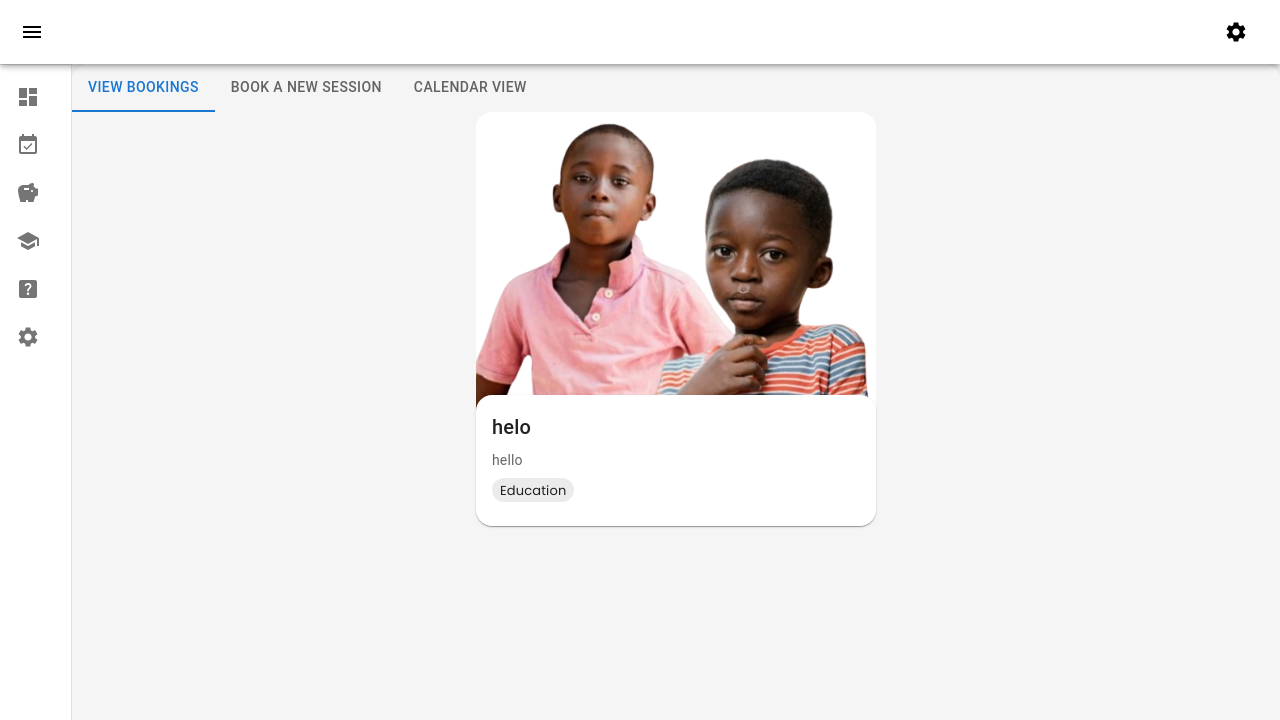
Repository: shubhampirate/Google_Solutions_Edural
Page: /bookings
The author's editor kept a copy of each file at every save. The page is drawn from the files as they stood at one save, then again after the next save.
The browser window is 1280 px wide. The pictures show the whole page.
An inner scrolling area shows only its first screen. The project was rebuilt for these pictures with package versions that can differ from the ones it lists, and the page was loaded fresh each time. Some packages were replaced by stand-ins written for this rebuild. Also part of the build but not shown: src/Components/CustomButton.jsx, src/Components/Navbar.jsx, src/Components/Footer.jsx, src/Components/CongratsCard.jsx, src/pages/Hero/Hero.jsx, src/pages/Dashboard/Dashboard.jsx, src/pages/Sign_in.jsx, src/pages/Bookings/LicenseCard.jsx.

Above is the page before, as saved 2024-02-04 17:45:03.

### src/index.js
import React from "react";
import ReactDOM from "react-dom/client";
import "./index.css";
import { GoogleOAuthProvider } from '@react-oauth/google';
import App from "./App";
import { BrowserRouter } from "react-router-dom";
const root = ReactDOM.createRoot(
    document.getElementById("root"));
root.render(
    <BrowserRouter>
<GoogleOAuthProvider clientId="730379698185-cv7a59sok9sod43v04ee6g6pt4gtaea2.apps.googleusercontent.com">
        {/* <React.StrictMode> */}
            <App />
        {/* </React.StrictMode> */}
    </GoogleOAuthProvider>
    </BrowserRouter>

);

### src/App.jsx
import Hero from "./pages/Hero/Hero";
import Dashboard from "./pages/Dashboard/Dashboard";
import Layout from "./Components/layout";
import SignIn from "./pages/Sign_in";
import Booking from "./pages/Bookings/bookings"
import {useState} from "react";
import { Route, Routes } from "react-router-dom";
function App() {
  return (
    <>
      {/* <Hero />   */}
      {/* <SignIn /> */}
      <Routes>
        <Route path="/signin" element={<><SignIn /></>} />
        <Route path="/dashboard" element={<Layout><Dashboard /></Layout>} />
        {/* <Route path="/education" element={<><Education /></>} /> */}
        <Route path="/bookings" element={<Layout><Booking /></Layout>} />
        {/* <Route path="/profile" element={<><Profile /></>} /> */}
        {/* <Route path="/finance" element={<><Finance /></>} /> */}
        {/* <Route path="/questions" element={<><Questions /></>} /> */}
        {/* <Route path="/retireaibot" element={<><Bot /></>} /> */}
        <Route path="/" element={<><Hero /></>} />
      </Routes>
         </>
  );
}

export default App;

### src/Components/layout.jsx
import React from 'react';
import { styled, createTheme, ThemeProvider } from '@mui/material/styles';
import CssBaseline from '@mui/material/CssBaseline';
import MuiDrawer from '@mui/material/Drawer';
import Box from '@mui/material/Box';
import MuiAppBar from '@mui/material/AppBar';
import Toolbar from '@mui/material/Toolbar';
import IconButton from '@mui/material/IconButton';
import MenuIcon from '@mui/icons-material/Menu';
import ChevronLeftIcon from '@mui/icons-material/ChevronLeft';
import { mainListItems } from './listItems';
import { List } from '@mui/material';
import Divider from '@mui/material/Divider';
import Badge from '@mui/material/Badge';
// import NotificationsIcon from '@mui/icons-material/Notifications';
import Typography from '@mui/material/Typography';
import SettingsIcon from '@mui/icons-material/Settings';
const drawerWidth = 240;

const AppBar = styled(MuiAppBar, {
  shouldForwardProp: (prop) => prop !== 'open',
})(({ theme, open }) => ({
  zIndex: theme.zIndex.drawer + 1,
  transition: theme.transitions.create(['width', 'margin'], {
    easing: theme.transitions.easing.sharp,
    duration: theme.transitions.duration.leavingScreen,
  }),
  ...(open && {
    marginLeft: drawerWidth,
    width: `calc(100% - ${drawerWidth}px)`,
    transition: theme.transitions.create(['width', 'margin'], {
      easing: theme.transitions.easing.sharp,
      duration: theme.transitions.duration.enteringScreen,
    }),
  }),
  backgroundColor: 'white', // Set background color to white
  color: 'black',
}));

const Drawer = styled(MuiDrawer, { shouldForwardProp: (prop) => prop !== 'open' })(
  ({ theme, open }) => ({
    '& .MuiDrawer-paper': {
      position: 'relative',
      whiteSpace: 'nowrap',
      width: drawerWidth,
      transition: theme.transitions.create('width', {
        easing: theme.transitions.easing.sharp,
        duration: theme.transitions.duration.enteringScreen,
      }),
      boxSizing: 'border-box',
      ...(!open && {
        overflowX: 'hidden',
        transition: theme.transitions.create('width', {
          easing: theme.transitions.easing.sharp,
          duration: theme.transitions.duration.leavingScreen,
        }),
        width: theme.spacing(7),
        [theme.breakpoints.up('sm')]: {
          width: theme.spacing(9),
        },
      }),
    },
  }),
);

const defaultTheme = createTheme();

const Layout = ({ children }) => {
  const [open, setOpen] = React.useState(false);

  const toggleDrawer = () => {
    setOpen(!open);
  };

  return (
    <ThemeProvider theme={defaultTheme}>
      <Box sx={{ display: 'flex' }}>
        <CssBaseline />
        <AppBar position="absolute" open={open}
        //  sx={{
        //         backgroundColor:
        //         // "rgba(244, 127, 42, 0.04)",
        //         (theme) =>
        //         theme.palette.mode === 'light'
        //             ? theme.palette.grey[100]
        //             : theme.palette.grey[900]}}
                    >
          <Toolbar
            sx={{
              pr: '24px', // keep right padding when drawer closed
            }}
          >
            <IconButton
              edge="start"
              color="inherit"
              aria-label="open drawer"
              onClick={toggleDrawer}
              sx={{
                marginRight: '36px',
                ...(open && { display: 'none' }),
              }}
            >
              <MenuIcon />
            </IconButton>
            <Typography
              component="h1"
              variant="h6"
              color="inherit"
              noWrap
              sx={{ flexGrow: 1 }}
            >
              {/* Dashboard */}
            </Typography>
            <IconButton color="inherit">
              {/* <Badge badgeContent={4} color="secondary"> */}
                <SettingsIcon />
              {/* </Badge> */}
            </IconButton>

          </Toolbar>
        </AppBar>
        <Drawer variant="permanent" open={open}>
          <Toolbar
            sx={{
              display: 'flex',
              alignItems: 'center',
              justifyContent: 'flex-end',
              px: [1],
            }}
          >
            <IconButton onClick={toggleDrawer}>
              <ChevronLeftIcon />
            </IconButton>
          </Toolbar>
          <Divider />
            <List component="nav">
                {mainListItems}
            </List>
        </Drawer>
        <Box
          component="main"
          sx={{
            backgroundColor: (theme) =>
              theme.palette.mode === 'light'
                ? theme.palette.grey[100]
                : theme.palette.grey[900],
            flexGrow: 1,
            height: '100vh',
            overflow: 'auto',
          }}
        >
          <Toolbar />
          {/* Content of individual pages */}
          {children}
        </Box>
      </Box>
    </ThemeProvider>
  );
};

export default Layout;

### src/pages/Bookings/bookings.jsx
import React, { useState, useEffect } from 'react';
import { styled, createTheme, ThemeProvider } from '@mui/material/styles';
import CssBaseline from '@mui/material/CssBaseline';
import Box from '@mui/material/Box';
import Tabs from '@mui/material/Tabs';
import Tab from '@mui/material/Tab';
import Card from '@mui/material/Card';
import CardContent from '@mui/material/CardContent';
import Typography from '@mui/material/Typography';
import GoogleMapReact from 'google-map-react'; // Install with npm/yarn
import FullCalendar from '@fullcalendar/react'; // Install with npm/yarn
import dayGridPlugin from '@fullcalendar/daygrid'; // Install with npm/yarn
import LicenseCard from './LicenseCard';
import { CardActions, Button } from '@mui/material';
import Chip from '@mui/material/Chip';
import CustomButton from '../../Components/CustomButton';
import heroImg from "../../media/img_main_page.png";
const defaultTheme = createTheme();

// Placeholder data for bookings and calendar events
const bookingsData = [
  { id: 1, title: 'Booking 1', date: '2024-02-10' },
  { id: 2, title: 'Booking 2', date: '2024-02-15' },
  // Add more booking data as needed
];
const ImageOverlayCard = ({ imgSrc, category, title, venue, date, buttonText }) => {
  return (
    <Box sx={{ position: 'relative', textAlign: 'center' }}>
      <img
        src={imgSrc}
        alt="heroImg"
        style={{ maxWidth: '10rem', maxHeight: '10rem', borderRadius: '50%' }}
      />
      <Card
        variant="solid"
        color="primary"
        sx={{
          boxShadow: 'lg',
          width: 400,
          position: 'absolute',
          top: '50%',
          left: '50%',
          transform: 'translate(-50%, -50%)',
          backgroundColor: (theme) => theme.palette.primary.main,
          opacity: 0.8,
        }}
      >
        <Box sx={{ display: 'flex', gap: 1 }}>
          <Chip size="sm" variant="soft" label={category} />
        </Box>
        <CardContent>
          <Typography level="title-lg">{title}</Typography>
          <Typography level="body-md">Venue: {venue}</Typography>
          <Typography level="body-md">Date: {date}</Typography>
        </CardContent>
        <CardActions>
          <CustomButton backgroundColor="#F47F2A" color="#fff" buttonText={buttonText} heroBtn={true} />
        </CardActions>
      </Card>
    </Box>
  );
};
const calendarEvents = [
  { id: 1, title: 'Event 1', start: '2024-02-10', end: '2024-02-12' },
  { id: 2, title: 'Event 2', start: '2024-02-15', end: '2024-02-18' },
  // Add more calendar event data as needed
];

const AnyReactComponent = ({ text }) => <div>{text}</div>;

export default function Booking() {
  const [tabValue, setTabValue] = useState(0);

  const handleChangeTab = (event, newValue) => {
    setTabValue(newValue);
  };

  return (
    <ThemeProvider theme={defaultTheme}>
      <Box sx={{ display: 'flex', borderRadius: '16px', overflow: 'hidden', boxShadow: '0px 0px 10px rgba(0, 0, 0, 0.1)' }}>
        <CssBaseline />
        <Box
          component="main"
          sx={{
            backgroundColor: (theme) =>
              theme.palette.mode === 'light'
                ? theme.palette.grey[100]
                : theme.palette.grey[900],
            flexGrow: 1,
            height: '100vh',
            overflow: 'hidden',
          }}
        >
          <Tabs value={tabValue} onChange={handleChangeTab}>
            <Tab label="View Bookings" />
            <Tab label="Book a New Session" />
            <Tab label="Calendar View" />
          </Tabs>

          {tabValue === 0 && (
            <Box position="relative" maxWidth="400px" margin="auto">
      <img
        src={heroImg}
        alt="card-background"
        style={{
          width: '100%',
          height: 'auto',
          borderRadius: '16px',
          objectFit: 'cover',
        }}
      />
      <Card
        sx={{
          position: 'absolute',
          bottom: 0,
          left: 0,
          right: 0,
          backgroundColor: (theme) => theme.palette.background.paper,
          opacity: 1,
          borderRadius: '16px',
        }}
      >
        <CardContent>
          <Typography variant="h6" gutterBottom>
          helo
          </Typography>
          <Typography variant="body2" color="text.secondary">
          hello
          </Typography>
          <Chip label="Education" size="small" sx={{ marginTop: '8px' }} />
        </CardContent>
      </Card>
    </Box>
//             <Box>
//               <div className="">
//               <Box sx={{ flex: "0.75" }}>
//             <img
//               src={heroImg}
//               alt="heroImg"
//               style={{ maxWidth: "10rem", maxHeight: "10rem"}}

//             />

//               <Card
//       variant="solid"
//       color="primary"

//       sx={{
//         boxShadow: 'lg',
//             width: 400,
//             overflow: 'auto',
//             resize: 'horizontal',
//             marginLeft: '2rem',
//             marginTop: '2rem',
//             position: 'absolute',
//             top: '25%', // Adjust as needed
//           left: '10%', // Adjust as needed
//             // backgroundColor: (theme) => theme.palette.primary.main,
//             opacity: 1, // Adjust the opacity as needed


//       }}
//     >
//       <Box sx={{ display: 'flex', gap: 1 }}>
//         <Chip size="sm" variant="soft" label="Education" />

//         {/* <Chip size="sm" variant="soft" label="Chip Filled" /> */}

//       </Box>
//       <div>
//           <Typography fontSize="sm" textColor="text.tertiary">
// {/*
//           </Typography> */}
//         </Typography>
//       </div>
//       <CardContent>
//         <Typography level="title-lg"> Swami Vivekanand School </Typography>
//         <Typography level="body-md">
//          Venue : Palghar, Mumbai, India
//         </Typography>
//         <Typography level="body-md">
//          Date : 29th February 2024
//         </Typography>
//       </CardContent>
//       <CardActions>
//       <CustomButton
//               backgroundColor="#F47F2A"
//               color="#fff"
//               buttonText="Navigate to Maps"
//               heroBtn={true}
//             />
//         {/* <Button variant="solid">Purchase Now</Button> */}
//       </CardActions>
//     </Card>
//     </Box>
//     </div>

//             </Box>
          )}

          {tabValue === 1 && (
            <Box>
              {/* Book a New Session Content */}
              {/* Use Google Maps component to search for schools */}
              <GoogleMapReact
                bootstrapURLKeys={{ key: 'YOUR_GOOGLE_MAPS_API_KEY' }}
                defaultCenter={{ lat: 37.7749, lng: -122.4194 }}
                defaultZoom={10}
              >
                <AnyReactComponent lat={37.7749} lng={-122.4194} text="Your Location" />
              </GoogleMapReact>
            </Box>
          )}

          {tabValue === 2 && (
             <Box>
             {/* Calendar View Content */}
             {/* <FullCalendar
               plugins={[dayGridPlugin]}
               initialView="dayGridMonth"
               events={calendarEvents}
             /> */}
           </Box>          )}
        </Box>
      </Box>
    </ThemeProvider>
  );
}

### src/Components/listItems.jsx
import * as React from 'react';
import ListItemButton from '@mui/material/ListItemButton';
import ListItemIcon from '@mui/material/ListItemIcon';
import ListItemText from '@mui/material/ListItemText';
import DashboardIcon from '@mui/icons-material/Dashboard';
import MedicalInformationIcon from '@mui/icons-material/MedicalInformation';
import SavingsIcon from '@mui/icons-material/Savings';
import SchoolIcon from '@mui/icons-material/School';
import HelpCenterIcon from '@mui/icons-material/HelpCenter';
import SettingsIcon from '@mui/icons-material/Settings';
import SmartToyIcon from '@mui/icons-material/SmartToy';
import { Link } from 'react-router-dom';
// import GoogleTranslateComponent from './GoogleTranslateComponent';
import EventAvailableIcon from '@mui/icons-material/EventAvailable';

export const mainListItems = (
  <>
    <React.Fragment>
      <Link to="/dashboard" style={{ textDecoration: "none", color: "black" }}>
        <ListItemButton>
          <ListItemIcon>
            <DashboardIcon />
          </ListItemIcon>
          <ListItemText primary="Dashboard" />
        </ListItemButton>
      </Link>
      <Link to="/bookings" style={{ textDecoration: "none", color: "black" }}>
        <ListItemButton>
          <ListItemIcon>
            <EventAvailableIcon />
          </ListItemIcon>
          <ListItemText primary="Bookings" />
        </ListItemButton>
      </Link>
      <Link to="/donation" style={{ textDecoration: "none", color: "black" }}>
        <ListItemButton>
          <ListItemIcon>
            <SavingsIcon />
          </ListItemIcon>
          <ListItemText primary="Donation" />
        </ListItemButton>
      </Link>
      <Link to="/education" style={{ textDecoration: "none", color: "black" }}>
        <ListItemButton>
          <ListItemIcon>
            <SchoolIcon />
          </ListItemIcon>
          <ListItemText primary="Educational Test" />
        </ListItemButton>
      </Link>
      <Link to="/questions" style={{ textDecoration: "none", color: "black" }}>
        <ListItemButton>
          <ListItemIcon>
            <HelpCenterIcon />
          </ListItemIcon>
          <ListItemText primary="FAQ" />
        </ListItemButton>
      </Link>
      <Link to="/profile" style={{ textDecoration: "none", color: "black" }}>
        <ListItemButton>
          <ListItemIcon>
            <SettingsIcon />
          </ListItemIcon>
          <ListItemText primary="Profile" />
        </ListItemButton>
      </Link>
      {/* <Link to="/retireaibot" style={{ textDecoration: "none", color: "black" }}>
        <ListItemButton>
          <ListItemIcon>
            <SmartToyIcon />
          </ListItemIcon>
          <ListItemText primary="Retire AI Bot" />
        </ListItemButton>
      </Link> */}
    </React.Fragment >
  </>
);

Loaded but not shown: public/index.html (common file); src/index.css (common file)

After the next save:
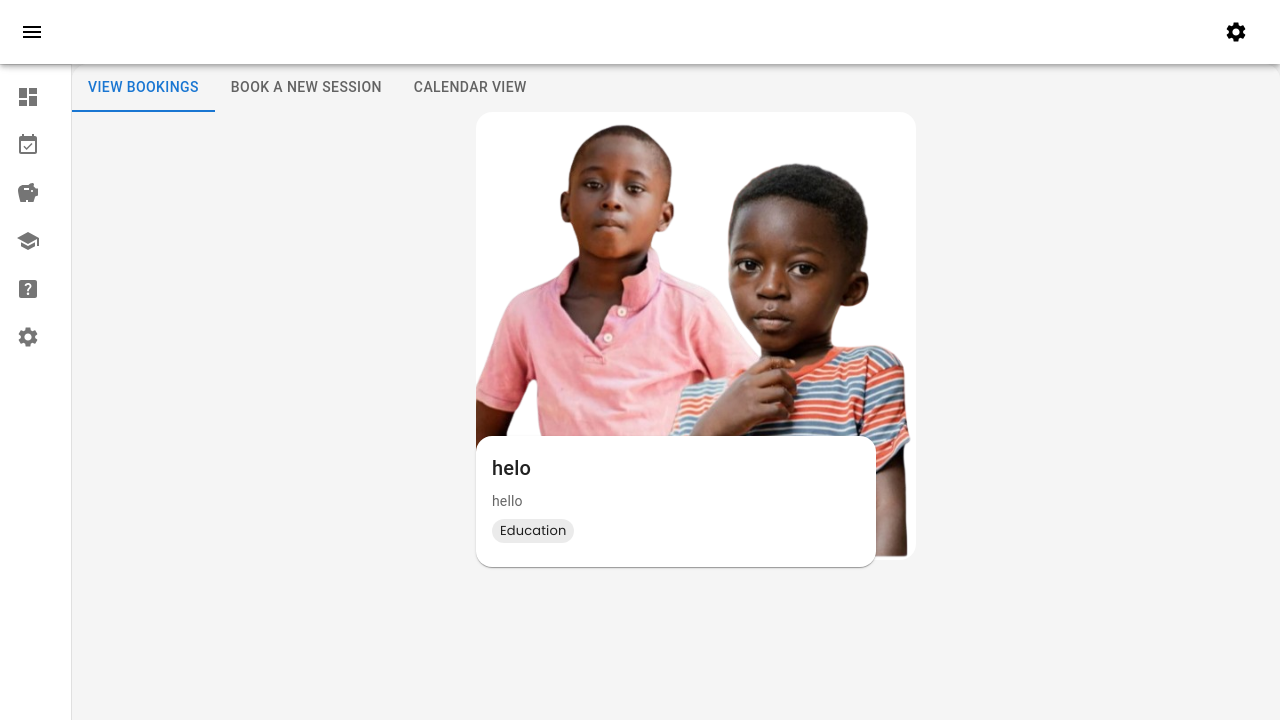
Saved 28 s later.
--- a/src/pages/Bookings/bookings.jsx
+++ b/src/pages/Bookings/bookings.jsx
@@ -103,7 +103,7 @@
         src={heroImg}
         alt="card-background"
         style={{
-          width: '100%',
+          width: '110%',
           height: 'auto',
           borderRadius: '16px',
           objectFit: 'cover',

After the save that followed:
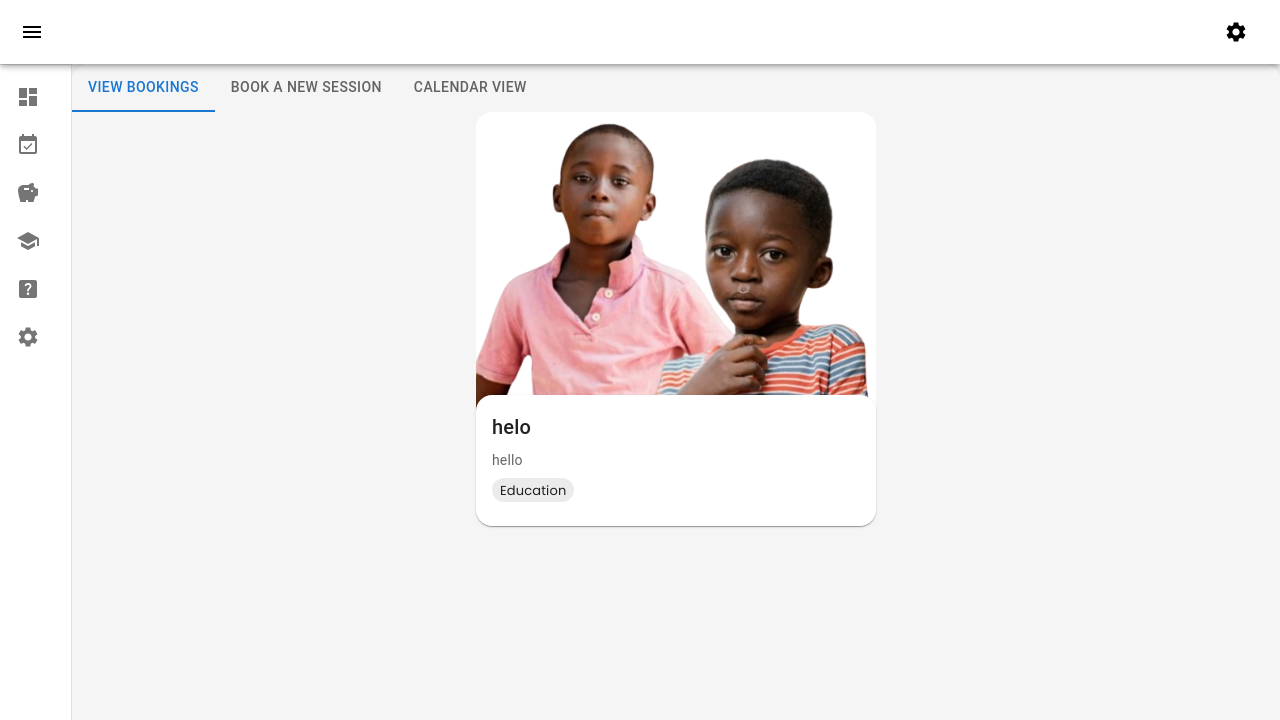
Saved 9 s later.
--- a/src/pages/Bookings/bookings.jsx
+++ b/src/pages/Bookings/bookings.jsx
@@ -103,7 +103,7 @@
         src={heroImg}
         alt="card-background"
         style={{
-          width: '110%',
+          width: '100%',
           height: 'auto',
           borderRadius: '16px',
           objectFit: 'cover',
